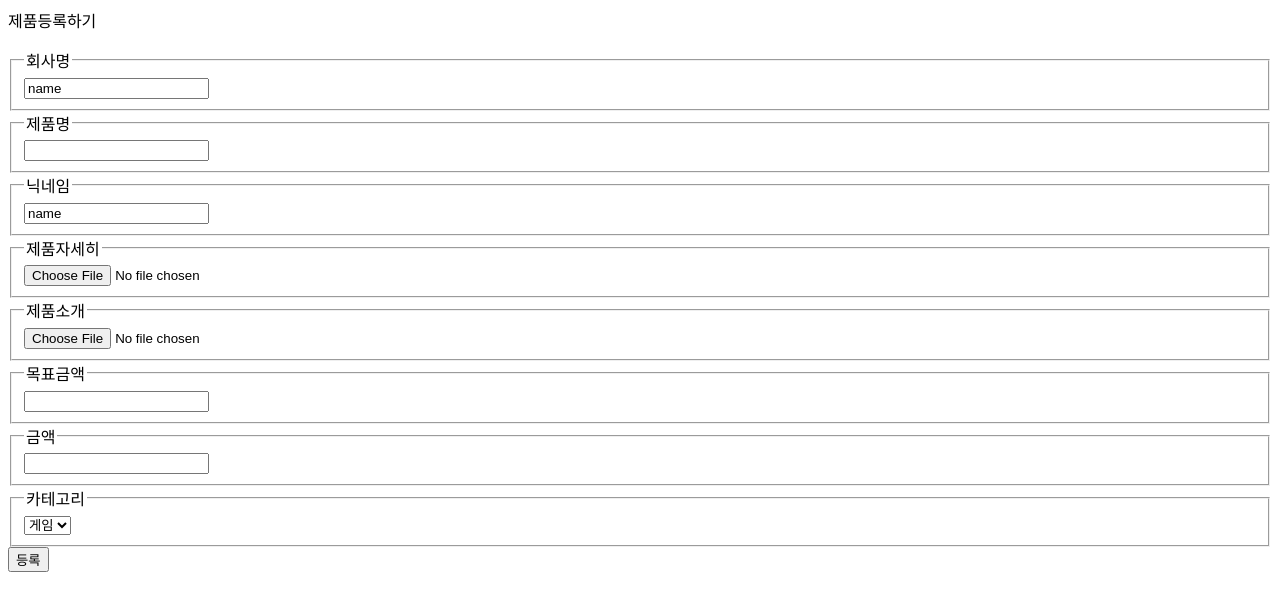
Repository: papahihi/barndus
Page: http://localhost/fundingProj/view/project/projectInsert.jsp
The author's editor kept a copy of each file at every save. The page is drawn from the files as they stood at one save, then again after the next save.
The browser window is 1280 px wide. The pictures show the whole page.
The page is served by Tomcat 9.

Above is the page before, as saved 2022-09-04 03:48:23.
Console error: SyntaxError: Unexpected identifier 'content'

After the next save:
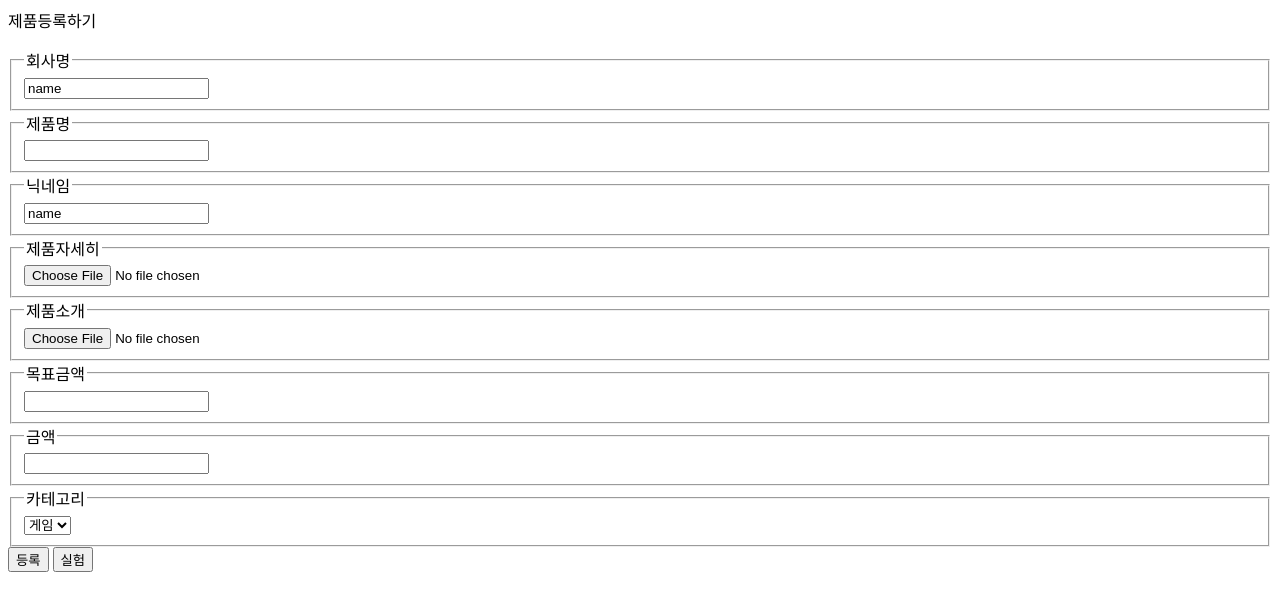
Saved 88 s later.
--- a/fundingTemp/fundingProj/src/main/webapp/view/project/projectInsert.jsp
+++ b/fundingTemp/fundingProj/src/main/webapp/view/project/projectInsert.jsp
@@ -109,6 +109,7 @@ $(function(){
 
 		<div class="buttonArea">
 			<input type = "submit" value = "등록">
+			<input type = "button" value = "실험">
 		</div>
 	</div>
 </form>
